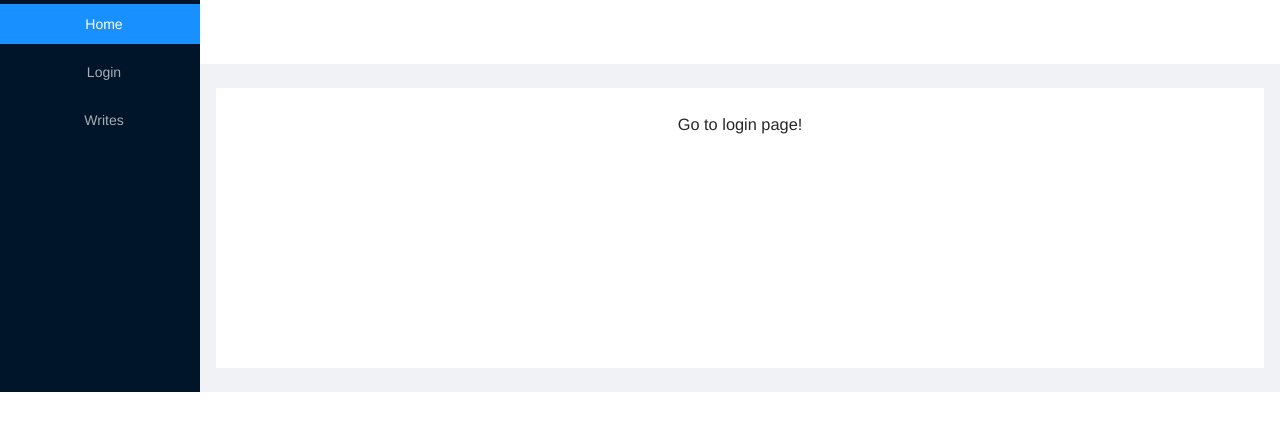
Repository: writesapp/mod
Page: /writes
The author's editor kept a copy of each file at every save. The page is drawn from the files as they stood at one save, then again after the next save.
The browser window is 1280 px wide. The pictures show the whole page.
The project was rebuilt for these pictures with package versions that can differ from the ones it lists, and the page was loaded fresh each time. Also part of the build but not shown: src/views/Home.vue, src/components/SigninButton.vue, src/views/Login.vue.

Above is the page before, as saved 2020-07-09 14:02:53.

### src/main.js
import Antd from 'ant-design-vue';
import Vue from 'vue';
import App from './App.vue';
import './registerServiceWorker';
import router from './router';
import store from './store';
import 'ant-design-vue/dist/antd.css';

Vue.config.productionTip = false;
Vue.use(Antd);

new Vue({
  router,
  store,
  render: (h) => h(App),
}).$mount('#app');

### src/App.vue
<template>
  <div id="app">
    <a-layout id="components-layout-demo-custom-trigger">
    <a-layout-sider v-model="collapsed" :trigger="null" collapsible>
      <div class="logo" />
      <a-menu theme="dark" mode="inline" :default-selected-keys="['1']">
        <a-menu-item key="1">
          <router-link to="/">Home</router-link>
        </a-menu-item>
        <a-menu-item key="2">
          <router-link to="/login">Login</router-link>
        </a-menu-item>
        <a-menu-item key="3">
          <router-link to="/writes">Writes</router-link>
        </a-menu-item>
      </a-menu>
    </a-layout-sider>
    <a-layout>
      <a-layout-header style="background: #fff; padding: 0">
        <a-icon
          class="trigger"
          :type="collapsed ? 'menu-unfold' : 'menu-fold'"
          @click="() => (collapsed = !collapsed)"
        />
      </a-layout-header>
      <a-layout-content
        :style="{ margin: '24px 16px', padding: '24px', background: '#fff', minHeight: '280px' }"
      >
        <router-view/>
      </a-layout-content>
    </a-layout>
  </a-layout>
  </div>
</template>

<script>
import { auth } from '@/initFirebase';
import store from '@/store';

export default {
  name: "App",
  mounted() {
    auth.onAuthStateChanged((user) => store.dispatch("fetchUser", user));
  },
};
</script>

<style lang="scss">
#app {
  font-family: Avenir, Helvetica, Arial, sans-serif;
  -webkit-font-smoothing: antialiased;
  -moz-osx-font-smoothing: grayscale;
  text-align: center;
  color: #2c3e50;
}
</style>

### src/router/index.js
import Vue from 'vue';
import VueRouter from 'vue-router';
import Home from '../views/Home.vue';
import Login from '../views/Login.vue';
import Writes from '../views/Writes.vue';

Vue.use(VueRouter);

const routes = [
  {
    path: '/',
    name: 'Home',
    component: Home,
  },
  {
    path: '/login',
    name: 'Login',
    // route level code-splitting
    // this generates a separate chunk (about.[hash].js) for this route
    // which is lazy-loaded when the route is visited.
    component: Login,
  },
  {
    path: '/writes',
    name: 'Writes',
    component: Writes,
  },
];

const router = new VueRouter({
  mode: 'history',
  base: process.env.BASE_URL,
  routes,
});

export default router;

### src/store/index.js
import Vue from 'vue';
import Vuex from 'vuex';

Vue.use(Vuex);

export default new Vuex.Store({
  state: {
    user: {
      loggedIn: false,
      data: null,
    },
  },
  mutations: {
    setLoggedState(state, value) {
      state.user.loggedIn = value;
    },
    setUser(state, data) {
      state.user.data = data;
    },
  },
  actions: {
    fetchUser({ commit }, user) {
      commit("setLoggedState", user !== null);
      if (user) {
        commit("setUser", {
          displayName: user.displayName,
          email: user.email,
        });
      } else {
        commit("setUser", null);
      }
    },
  },
});

### src/initFirebase.js
import firebase from 'firebase';

const configOptions = {
  apiKey: "AIzaSyBe23vGrWbbtK6cWQflEewoDvTBtKWQEBM",
  authDomain: "test-project-116cf.firebaseapp.com",
  databaseURL: "https://test-project-116cf.firebaseio.com",
  projectId: "test-project-116cf",
  storageBucket: "test-project-116cf.appspot.com",
  messagingSenderId: "507446435196",
  appId: "1:507446435196:web:8a13dc8c60ddcf65e058f9",
  measurementId: "G-H01LY21GK7",
};

firebase.initializeApp(configOptions);

export const auth = firebase.auth();
export const googleProvider = new firebase.auth.GoogleAuthProvider();

### src/views/Writes.vue
<template>
    <div>
        <div class="wrapper" v-if="this.$store.state.user.loggedIn">
            <h1>Writes</h1>
        </div>
        <div class="wrapper" v-if="!this.$store.state.user.loggedIn">
            <h1>Go to login page!</h1>
        </div>
    </div>
</template>

<script>
export default {
  name: 'Writes',
};
</script>

<style scoped>

</style>

Loaded but not shown: public/index.html (common file); src/registerServiceWorker.js (common file)

After the next save:
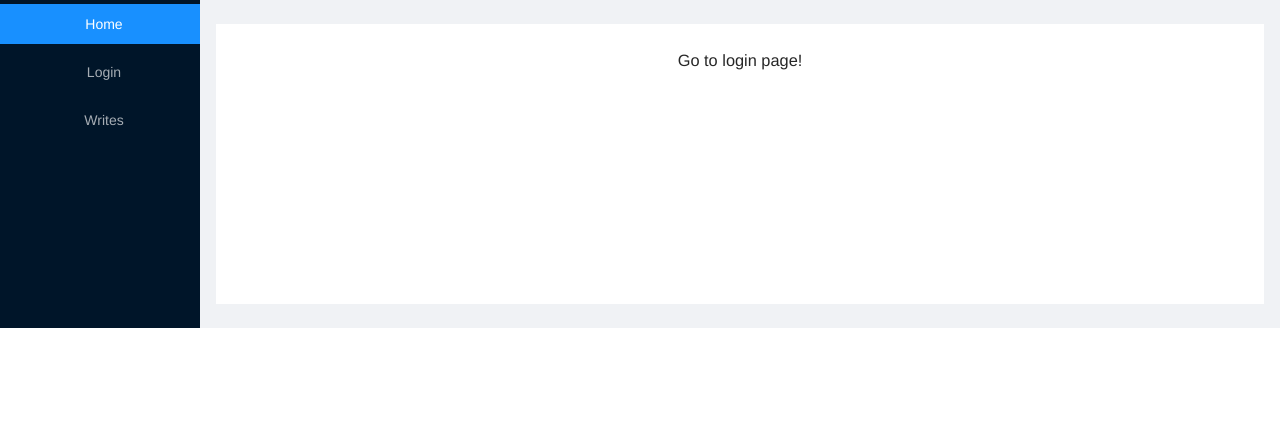
Saved 72 s later.
--- a/src/App.vue
+++ b/src/App.vue
@@ -16,13 +16,6 @@
       </a-menu>
     </a-layout-sider>
     <a-layout>
-      <a-layout-header style="background: #fff; padding: 0">
-        <a-icon
-          class="trigger"
-          :type="collapsed ? 'menu-unfold' : 'menu-fold'"
-          @click="() => (collapsed = !collapsed)"
-        />
-      </a-layout-header>
       <a-layout-content
         :style="{ margin: '24px 16px', padding: '24px', background: '#fff', minHeight: '280px' }"
       >
